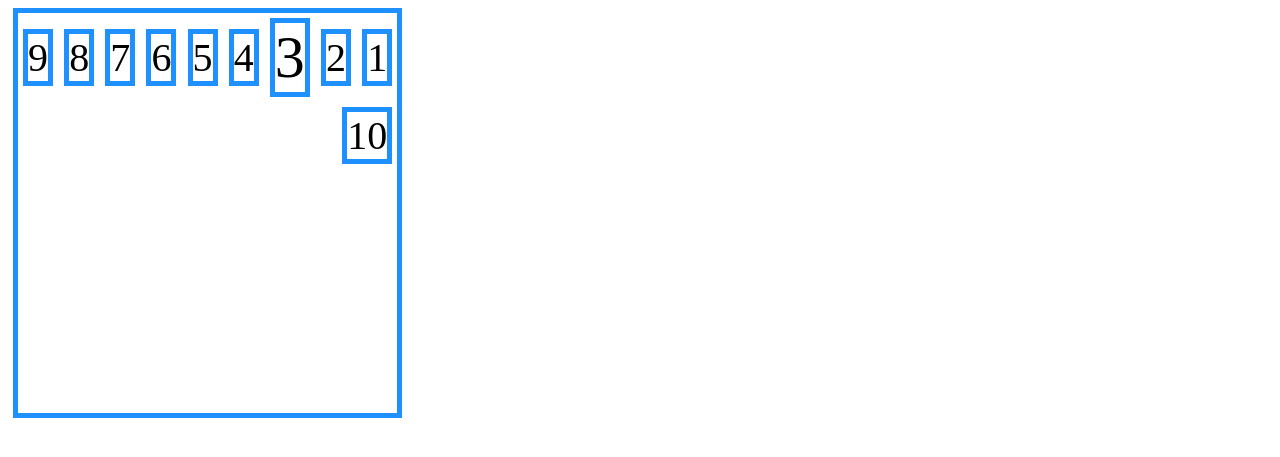
Repository: eversonps/flexbox-grid-css
Page: flexbox/flexbox1.html
These files come from the project's save history. The page is drawn as it stood at one moment and after the next save; the edit follows.
The browser window is 1280 px wide. The pictures show the whole page.

Above is the page before, as saved 2022-03-23 15:31:11.

### flexbox/flexbox1.html
<!DOCTYPE html>
<html>

<head>
    <meta charset="UTF-8">
    <title>Flexbox #01</title>
    <link rel="stylesheet" href="css/tag.css">
    <style>
        div {
            border: solid 5px dodgerblue;
            font-size: 40px;
            margin: 5px;
        }

        .big {
            font-size: 1.5em;
        }

        .flex-container {
            display: flex;
            flex-direction: column;
            flex-direction: column-reverse;
            flex-direction: row-reverse;
            flex-direction: row;
            width: 30%;
            flex-wrap: wrap;
            flex-wrap: wrap-reverse;
            flex-flow: row wrap;
            height: 200px;
            flex-flow: column-reverse wrap;
            flex-flow: row wrap;

            justify-content: flex-start;
            justify-content: center;
            justify-content: space-around;
            flex-direction: row-reverse;
            justify-content: space-between;

            /* Cross Axis */
            height: 400px;
            align-items: stretch;
            align-items: baseline;
            align-items: flex-start;
            align-items: flex-end;
            align-items: center;

            /* Mais de uma linha */

            align-content: flex-start;
        }

    </style>
</head>

<body>
    <div class="flex-container">
        <div>1</div>
        <div>2</div>
        <div class="big">3</div>
        <div>4</div>
        <div>5</div>
        <div>6</div>
        <div>7</div>
        <div>8</div>
        <div>9</div>
        <div>10</div>
    </div>
</body>

</html>

Loaded but not shown: flexbox/css/tag.css (common file)

After the next save:
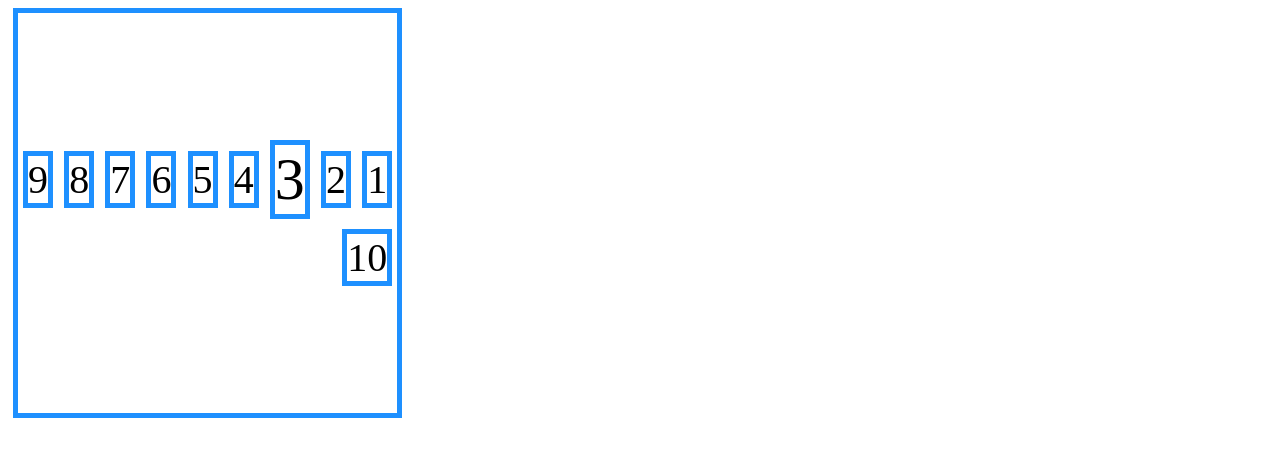
Saved 37 s later.
--- a/flexbox/flexbox1.html
+++ b/flexbox/flexbox1.html
@@ -47,6 +47,8 @@
             /* Mais de uma linha */
 
             align-content: flex-start;
+            align-content: flex-end;
+            align-content: center;
         }
 
     </style>
